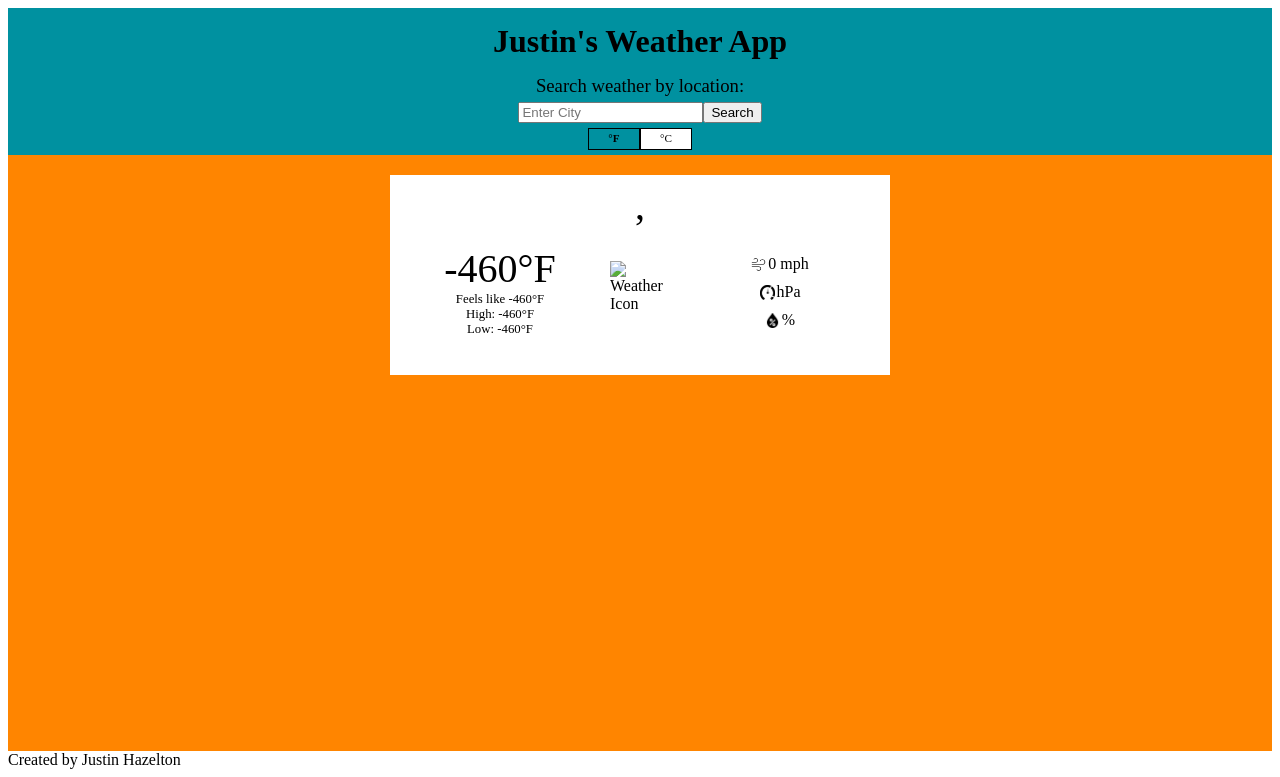
Repository: J-Haze/Weather
Page: /
An editor plug-in stored every save of this project. The page is shown before and after a run of saves, followed by the edit.
The browser window is 1280 px wide. The pictures show the whole page.
The project was rebuilt for these pictures with package versions that can differ from the ones it lists, and the page was loaded fresh each time. Also part of the build but not shown: src/index.css.

Above is the page before, as saved 2020-09-07 10:47:06.

After the next 3 saves:
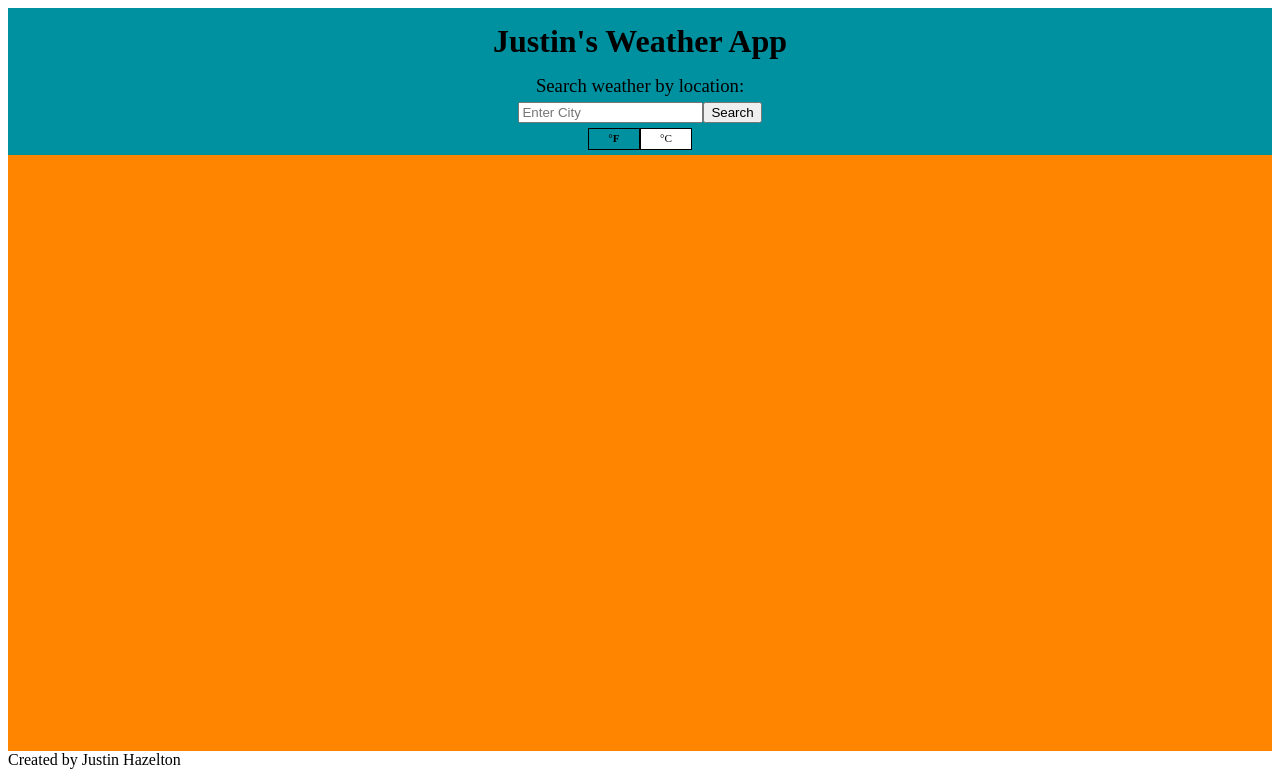
The 3 saves are shown as one change because 2 did not build or start.
The last was saved 16 min 38 s later.
--- a/src/App.css
+++ b/src/App.css
@@ -119,7 +119,9 @@ header{
     padding-top: 20px;
 }
 
-
+.hide{
+    display: none;
+}
 
 .results-card{
     background-color: white;
--- a/src/components/Weather.js
+++ b/src/components/Weather.js
@@ -47,7 +47,7 @@ const Weather = () => {
 
     const [unit, setUnit] = useState("imperial")
 
-    // const [searched, setSearched] = useState("false")
+    const [searched, setSearched] = useState(false)
 
     //to keep API hidden:
     //const API_KEY = process.env.REACT_APP_API_KEY;
@@ -110,6 +110,7 @@ const Weather = () => {
                 setMax(data.main['temp_max']);
                 setMin(data.main['temp_min']);
                 setFeel(data.main['feels_like']);
+                setSearched(true);
             } catch (error) {
                 setError(true);
                 setErrorMessage(error.message);
@@ -189,7 +190,7 @@ const Weather = () => {
                 </div>
             </header>
             <div id="results-section">
-                <div className="results-card">
+                <div className={searched === false ? "hide results-card" : "results-card"}>
                     <div className="location">
                         {`${city}, ${country}`}
                     </div>
